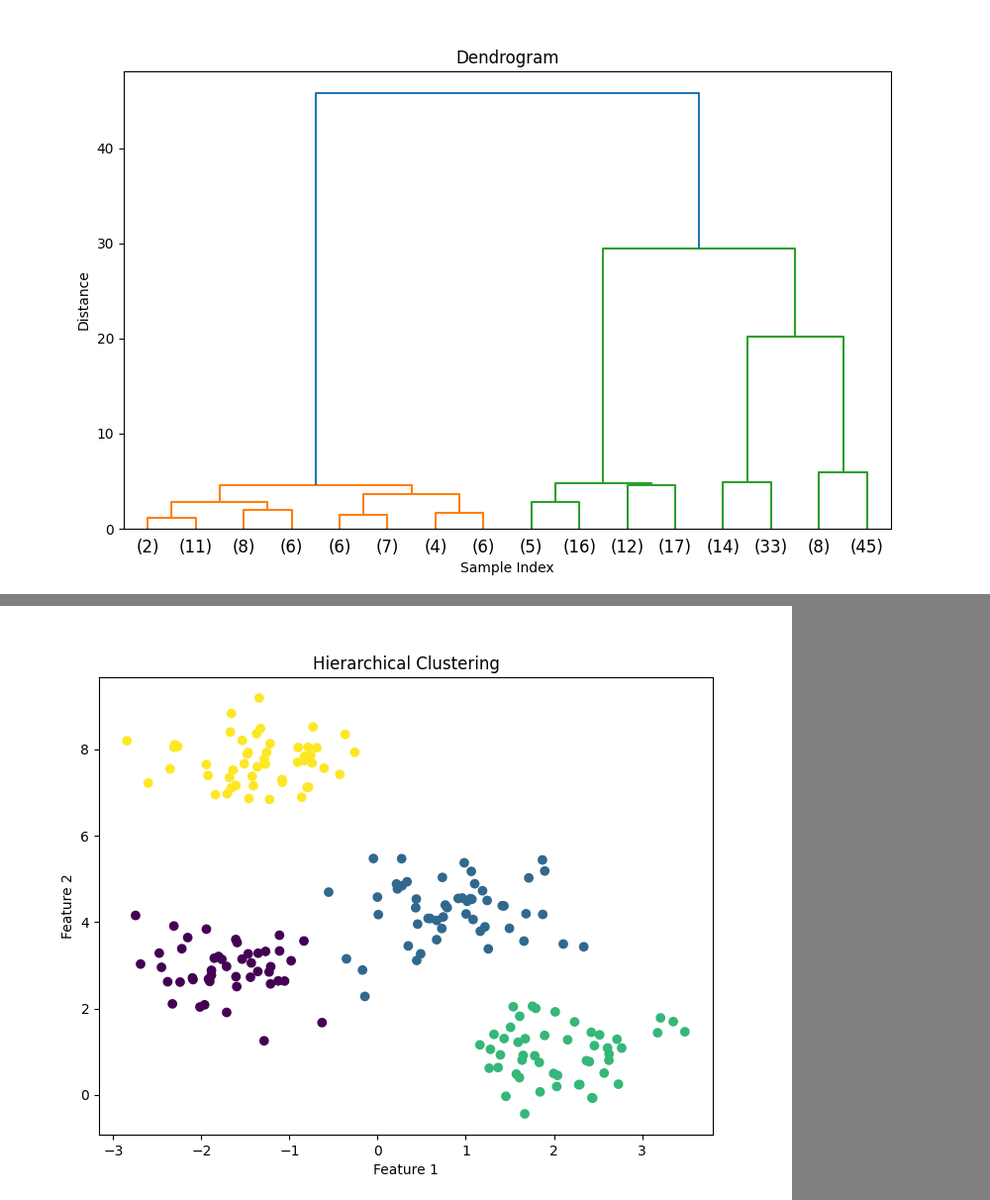
Repository: pankajchopra/Clustering
Script's output: python hierarchicalclostering.py
These files come from the project's save history. The script's output is drawn as it stood at one moment and after the next save; the edit follows.
The pictures are shown at 99% of full size.
Each picture stacks the figures in order, with grey between them; figures that are only written to a file come last. Random numbers start from a fixed seed.

Above is the script's output before, as saved 2024-05-11 22:19:00.

After the next save:
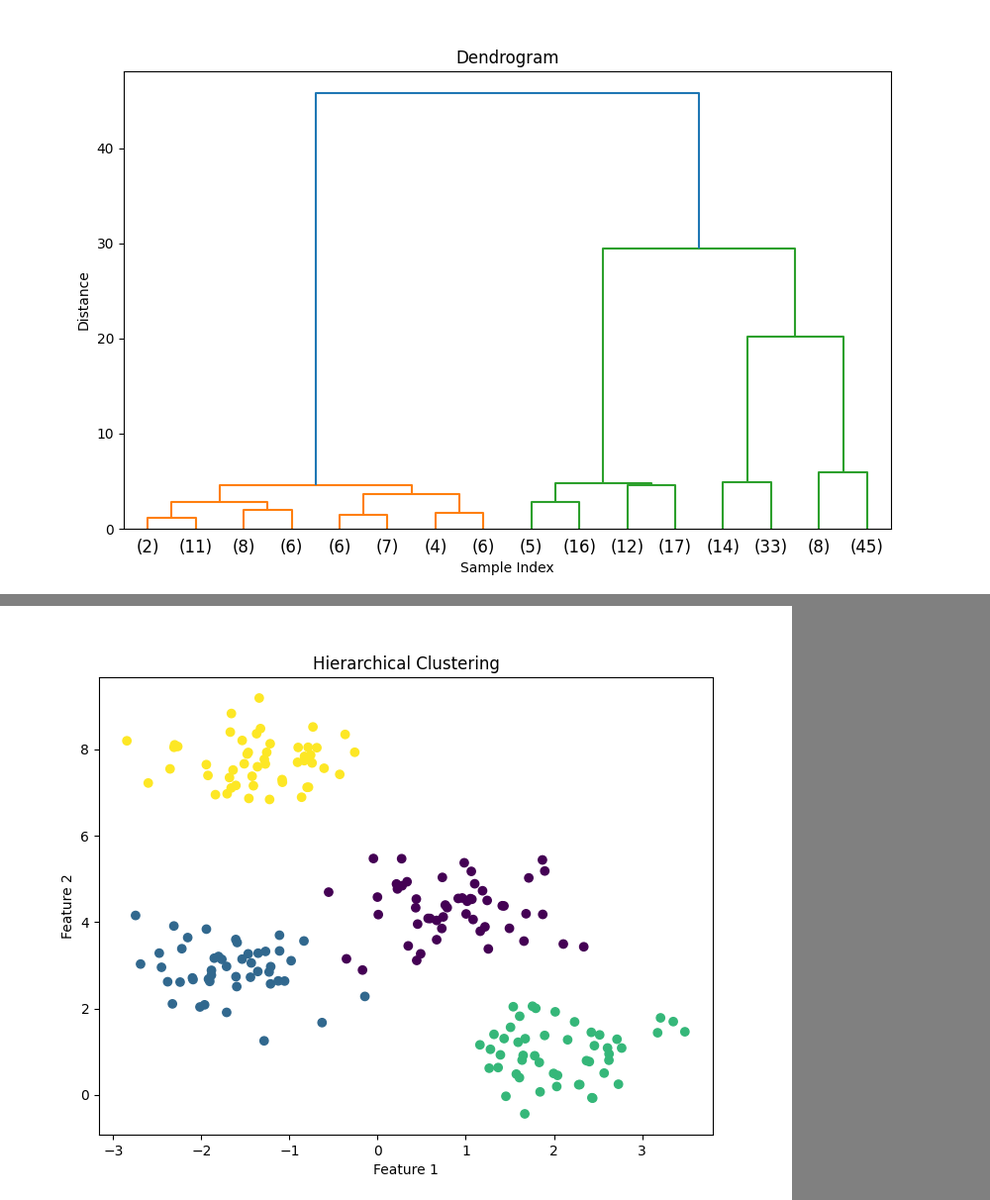
Saved 24 s later.
--- a/hierarchicalclostering.py
+++ b/hierarchicalclostering.py
@@ -19,7 +19,7 @@ plt.title("Dendrogram")
 plt.show()
 
 # Fit the AgglomerativeClustering model
-clustering = AgglomerativeClustering(n_clusters=4, linkage='average')
+clustering = AgglomerativeClustering(n_clusters=4, linkage='complete')
 cluster_labels = clustering.fit_predict(X)
 
 # Plot the clustering results
